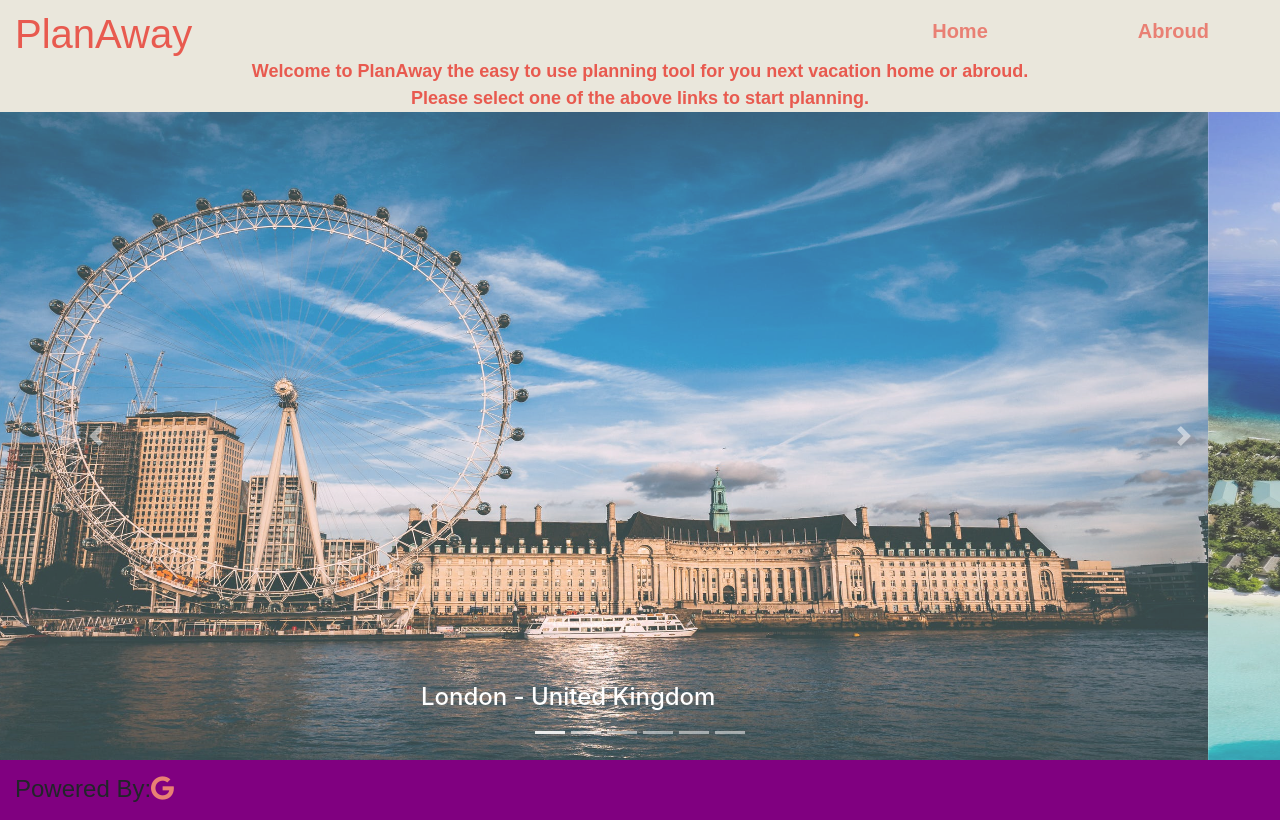
Repository: Brad000/PlanAway-Project
Page: index.html
The author's editor kept a record of every edit. The page is drawn from the files as they stood at one moment, then again after the next edit.
The browser window is 1280 px wide. The pictures show the whole page.
Some icons come from a web library that is not loaded, so they are not drawn. Some web fonts or font styles are not loaded; a fallback is used. Some web libraries are served in a nearby version.

Above is the page before.

### index.html
<!DOCTYPE html>
<html lang="en">

<head>
    <meta charset="UTF-8">
    <meta name="viewport" content="width=device-width, initial-scale=1.0">
    <meta http-equiv="X-UA-Compatible" content="ie=edge">
    <link rel="stylesheet" href="assets/css/style.css" type="text/css" />
    <link rel="stylesheet" href="https://stackpath.bootstrapcdn.com/bootstrap/4.4.1/css/bootstrap.min.css" integrity="sha384-Vkoo8x4CGsO3+Hhxv8T/Q5PaXtkKtu6ug5TOeNV6gBiFeWPGFN9MuhOf23Q9Ifjh" crossorigin="anonymous">
    <script src="https://code.jquery.com/jquery-3.4.1.slim.min.js" integrity="sha384-J6qa4849blE2+poT4WnyKhv5vZF5SrPo0iEjwBvKU7imGFAV0wwj1yYfoRSJoZ+n" crossorigin="anonymous"></script>
    <script src="https://cdn.jsdelivr.net/npm/popper.js@1.16.0/dist/umd/popper.min.js" integrity="sha384-Q6E9RHvbIyZFJoft+2mJbHaEWldlvI9IOYy5n3zV9zzTtmI3UksdQRVvoxMfooAo" crossorigin="anonymous"></script>
    <script src="https://stackpath.bootstrapcdn.com/bootstrap/4.4.1/js/bootstrap.min.js" integrity="sha384-wfSDF2E50Y2D1uUdj0O3uMBJnjuUD4Ih7YwaYd1iqfktj0Uod8GCExl3Og8ifwB6" crossorigin="anonymous"></script>
    <script src="https://kit.fontawesome.com/5655c570e1.js" crossorigin="anonymous"></script>
    <title>PlanAway - Plan your next vacation</title>
</head>

<body>

    <header class="container-fluid">
        <div class="row">
            <div class="col-12 col-md-8 site-heading">
                <h1 class="site-name">PlanAway<i class="fal fa-plane-departure site-logo"></i></h1>
            </div>
            <div class="col-6 col-md-2 site-heading">
                <a href="home.html" id="a-links">
                    <h5 class="link-text"><i class="fal fa-home site-links"></i>Home</h5>
                </a>
            </div>
            <div class="col-6 col-md-2 site-heading">
                <a href="abroud.html" id="a-links">
                    <h5 class="link-text"><i class="fal fa-globe-americas site-links"></i>Abroud</h5>
                </a>
            </div>
            <div class="col-12 site-heading">
                <p class="site-brief">Welcome to PlanAway the easy to use planning tool for you next vacation home or abroud.</p>
                <p class="site-brief">Please select one of the above links to start planning.</p>
            </div>
        </div>
    </header>

    <section class="container-fluid" id="image">
        <div class="row no-gutters">
            <div class="col-12 image">
                <div id="carouselExampleCaptions" class="carousel slide" data-ride="carousel">
                    <ol class="carousel-indicators">
                        <li data-target="#carouselExampleCaptions" data-slide-to="0" class="active"></li>
                        <li data-target="#carouselExampleCaptions" data-slide-to="1"></li>
                        <li data-target="#carouselExampleCaptions" data-slide-to="2"></li>
                        <li data-target="#carouselExampleCaptions" data-slide-to="3"></li>
                        <li data-target="#carouselExampleCaptions" data-slide-to="4"></li>
                        <li data-target="#carouselExampleCaptions" data-slide-to="5"></li>
                    </ol>
                    <div class="carousel-inner">
                        <div class="carousel-item active">
                            <img src="assets/images/london.jpeg" class="d-block w-100 main-images" alt="London eye and houses of parlament - United Kingdom">
                            <div class="carousel-caption d-none d-md-block">
                                <h4>London - United Kingdom</h4>
                            </div>
                        </div>
                        <div class="carousel-item">
                            <img src="assets/images/maldives.jpeg" class="d-block w-100 main-images" alt="Islands of the Maldives">
                            <div class="carousel-caption d-none d-md-block">
                                <h4>Maldives Islands</h4>
                            </div>
                        </div>
                        <div class="carousel-item">
                            <img src="assets/images/times-square.jpeg" class="d-block w-100 main-images" alt="Times square - New York City">
                            <div class="carousel-caption d-none d-md-block">
                                <h4>New York City - USA</h4>
                            </div>
                        </div>
                        <div class="carousel-item">
                            <img src="assets/images/dubai.jpeg" class="d-block w-100 main-images" alt="Burj Khalifa - Dubai">
                            <div class="carousel-caption d-none d-md-block">
                                <h4>Dubai - UAE</h4>
                            </div>
                        </div>
                        <div class="carousel-item">
                            <img src="assets/images/paris.jpeg" class="d-block w-100 main-images" alt="Eiffel Tower - Paris">
                            <div class="carousel-caption d-none d-md-block">
                                <h4>Paris - France</h4>
                            </div>
                        </div>
                        <div class="carousel-item">
                            <img src="assets/images/bora-bora.jpeg" class="d-block w-100 main-images" alt="Water villa - Islands of Bora Bora">
                            <div class="carousel-caption d-none d-md-block">
                                <h4>Bora Bora Islands</h4>
                            </div>
                        </div>
                    </div>
                    <a class="carousel-control-prev" href="#carouselExampleCaptions" role="button" data-slide="prev">
    <span class="carousel-control-prev-icon" aria-hidden="true"></span>
    <span class="sr-only">Previous</span>
  </a>
                    <a class="carousel-control-next" href="#carouselExampleCaptions" role="button" data-slide="next">
    <span class="carousel-control-next-icon" aria-hidden="true"></span>
    <span class="sr-only">Next</span>
  </a>
                </div>
            </div>
        </div>
    </section>
    <footer class="container-fluid">
        <div class="row">
            <div class="col-12 footer">
                <h4>Powered By:<a href="https://www.google.com/" id="a-links" target="_blank"><i class="fab fa-google"></i></a></h4>
            </div>
        </div>
    </footer>



</body>

</html>

### assets/css/style.css
@import url('https://fonts.googleapis.com/css?family=Gayathri:100,200,300,400,500,600,700');

/*---Landing Page---*/

.site-heading {
    background-color: #eae7dc;
    color: #e85a4f;
}

.site-name {
    font-family: 'Gayathri', sans-serif;
    margin-top: 10px;
    margin-bottom: 0;
    text-align: center;
}

.site-logo {
    margin-left: 10px;
}

.site-links {
    text-align: center;
    font-size: 40px;
    margin-top: 10px;
}

.link-text {
    text-align: center;
    font-family: 'Gayathri', sans-serif;
    font-weight: 600;
}

#a-links {
    text-decoration: none;
    cursor: pointer;
    color: #e98074;
    transition: color 0.5s ease-in-out;
    -moz-transition: color 0.5s ease-in-out;
    -webkit-transition: color 0.5s ease-in-out;
    -o-transition: color 0.5s ease-in-out;
}

#a-links:hover {
    color: #e85a4f;
}

.site-brief {
    font-family: 'Gayathri', sans-serif;
    text-align: center;
    font-size: 12px;
    font-weight: 700;
    padding: 0;
    margin: 0;
}

#image {
    padding: 0;
}

.main-images {
    opacity: 0.78;
}

#indicators {
    background-color: #0d1417;
    color: #0d1417;
}

.footer {
    height: 60px;
    font-weight: 700;
    font-family: 'Gayathri', sans-serif;
    padding-top: 15px;
    background-color: purple;
}

img {
    height: 90vh;
}



/*---Media Queries---*/

@media(min-width: 767px){
    .site-name {
        text-align: left;
    }
    .site-brief {
        font-size: 18px;
    }
}

After the next edit:
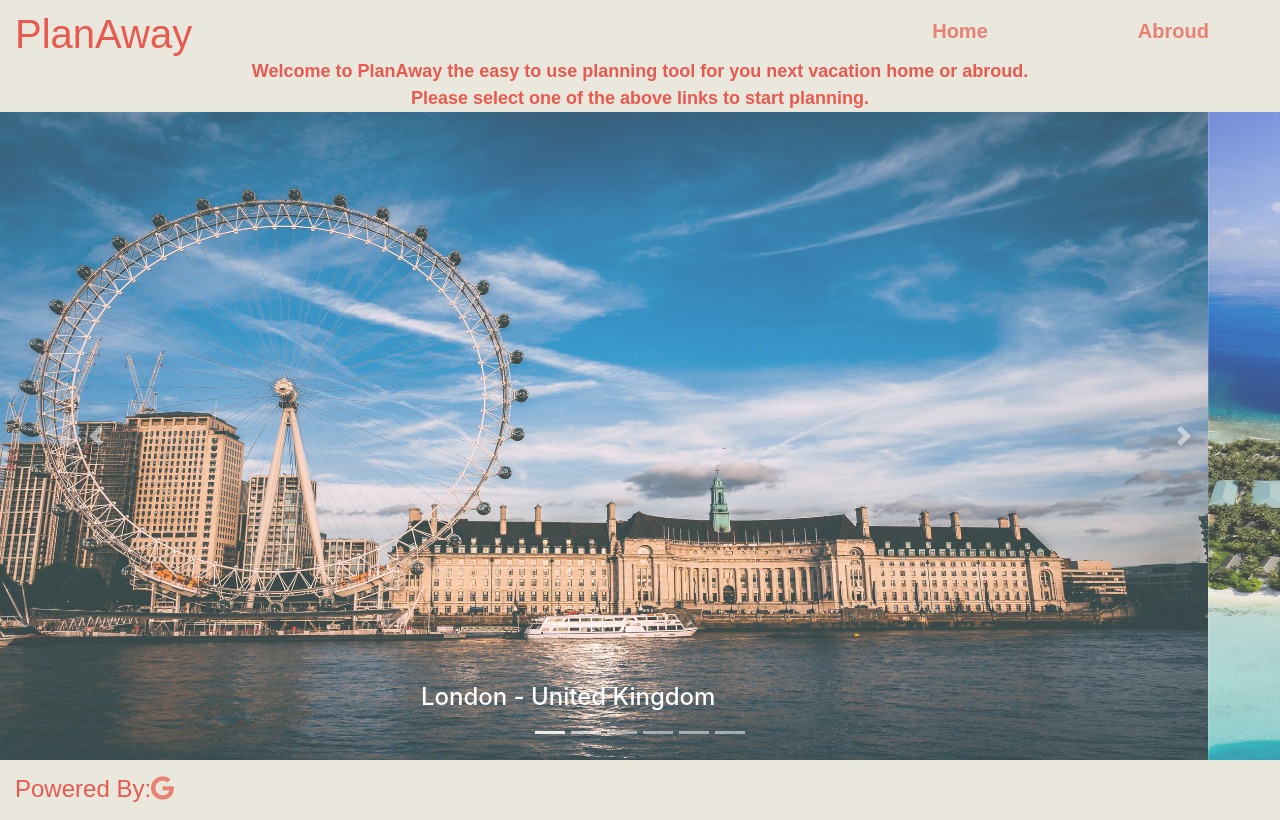
The edit:
--- a/assets/css/style.css
+++ b/assets/css/style.css
@@ -71,7 +71,8 @@
     font-weight: 700;
     font-family: 'Gayathri', sans-serif;
     padding-top: 15px;
-    background-color: purple;
+    background-color: #eae7dc;
+    color: #e85a4f;
 }
 
 img {
